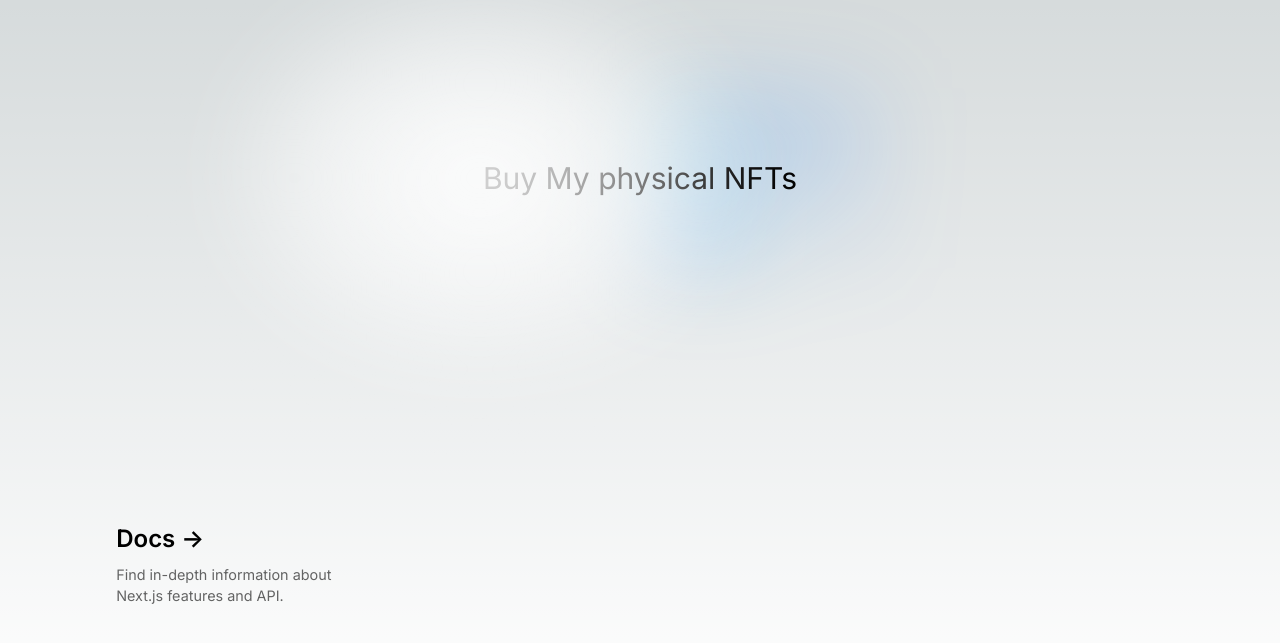
Repository: Seva2705/stripe-nextjs
Page: /
The author's editor kept a copy of each file at every save. The page is drawn from the files as they stood at one save, then again after the next save.
The browser window is 1280 px wide. The pictures show the whole page.
The project was rebuilt for these pictures with package versions that can differ from the ones it lists, and the page was loaded fresh each time. The framework's server and built-in components were replaced by stand-ins that run in the browser. Also part of the build but not shown: next.config.js.

Above is the page before, as saved 2023-10-31 22:48:58.

After the next save:
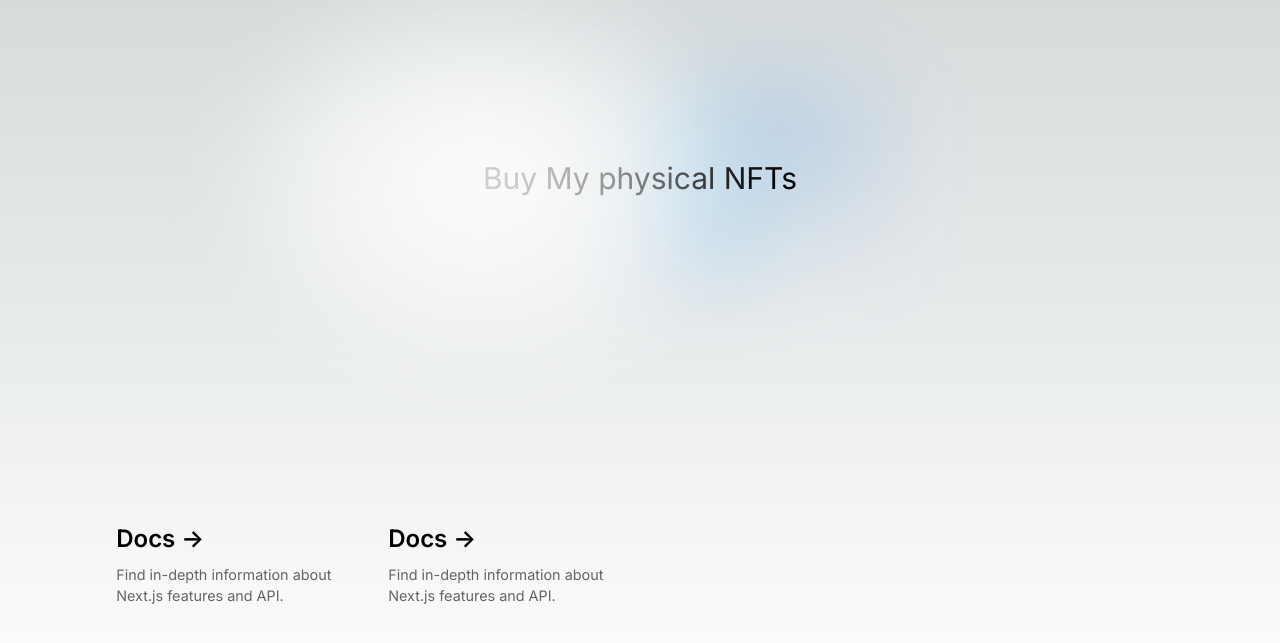
Saved 37 s later.
--- a/app/page.js
+++ b/app/page.js
@@ -21,6 +21,17 @@ export default function Home() {
           </h2>
           <p>Find in-depth information about Next.js features and API.</p>
         </a>
+        <a
+          href="https://nextjs.org/docs?utm_source=create-next-app&utm_medium=appdir-template&utm_campaign=create-next-app"
+          className={styles.card}
+          target="_blank"
+          rel="noopener noreferrer"
+        >
+          <h2>
+            Docs <span>-&gt;</span>
+          </h2>
+          <p>Find in-depth information about Next.js features and API.</p>
+        </a>
 
 
 
